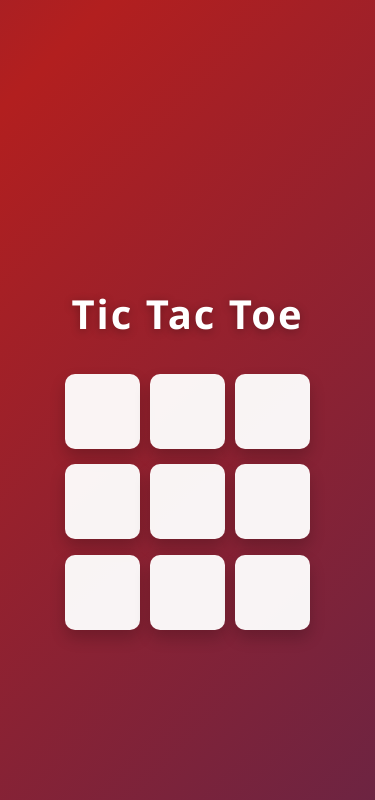
Repository: AreezAnsari/Tic-Tac-Toe
Page: Game/Game.html
These files come from the project's save history. The page is drawn as it stood at one moment and after the next save; the edit follows.
The browser window is 375 px wide. The pictures show the whole page.

Above is the page before, as saved 2025-07-22 06:56:34.
Console error: TypeError: box.addEventListener is not a function

### Game/Game.html
<!DOCTYPE html>
<html lang="en">
<head>
    <meta charset="UTF-8">
    <meta name="viewport" content="width=device-width, initial-scale=1.0">
    <title>Document</title>
    <link rel="stylesheet" href="Game.css">
</head>
<body>

    <div class="msg-container hide">
        <p class="msg">Winner</p>
        <button class="new-btn">New Game</button>
    </div>
    <main>
        <h1>Tic Tac Toe</h1>
    <div class="container">
        <div class="game">
        <button class="box"></button>
        <button class="box"></button>
        <button class="box"></button>
        <button class="box"></button>
        <button class="box"></button>
        <button class="box"></button>
        <button class="box"></button>
        <button class="box"></button>
        <button class="box"></button>
        </div>
        </div>
        <button class="reset-btn hide">Reset</button>
    </main>
    <script src="Game.js"></script>
</body>
</html>

### Game/Game.css
* {
    margin: 0;
    padding: 0;
    box-sizing: border-box;
}

body {
    text-align: center;
    background: linear-gradient(135deg, #1a2a6c, #b21f1f, #1a2a6c);
    background-size: 400% 400%;
    animation: gradientBG 15s ease infinite;
    font-family: 'Segoe UI', Tahoma, Geneva, Verdana, sans-serif;
    min-height: 100vh;
    display: flex;
    flex-direction: column;
    align-items: center;
    justify-content: center;
    color: #ffffff;
    padding: 20px;
}

@keyframes gradientBG {
    0% { background-position: 0% 50%; }
    50% { background-position: 100% 50%; }
    100% { background-position: 0% 50%; }
}

h1 {
    color: #ffffff;
    margin: 10px 0 30px;
    font-size: 3.5rem;
    text-shadow: 0 2px 10px rgba(0,0,0,0.3);
    letter-spacing: 2px;
}

.container {
    text-align: center;
    height: auto;
    display: flex;
    flex-direction: column;
    align-items: center;
    justify-content: center;
    max-width: 600px;
    width: 100%;
}

.game {
    height: 60vmin;
    width: 60vmin;
    max-width: 500px;
    max-height: 500px;
    gap: 10px;
    display: flex;
    flex-wrap: wrap;
    align-items: center;
    justify-content: center;
    margin: 0 auto 30px;
    perspective: 1000px;
}

.box {
    background: rgba(255, 255, 255, 0.95);
    height: 18vmin;
    width: 18vmin;
    font-weight: bold;
    font-size: 5rem;
    border: none;
    border-radius: 10px;
    box-shadow: 0 8px 16px rgba(0, 0, 0, 0.2);
    cursor: pointer;
    transition: all 0.3s cubic-bezier(0.175, 0.885, 0.32, 1.275);
    color: #2c3e50;
    display: flex;
    align-items: center;
    justify-content: center;
}

.box:hover {
    transform: translateY(-5px) scale(1.05);
    box-shadow: 0 12px 20px rgba(0, 0, 0, 0.3);
    background: #ffffff;
}

.box:active {
    transform: scale(0.95);
}

.box.x {
    color: #e74c3c;
}

.box.o {
    color: #3498db;
}

.reset-btn, .new-btn {
    align-items: center;
    padding: 15px 30px;
    font-size: 1.1rem;
    font-weight: 600;
    background: rgba(255, 255, 255, 0.15);
    color: white;
    border: none;
    border-radius: 50px;
    cursor: pointer;
    transition: all 0.3s ease;
    backdrop-filter: blur(5px);
    box-shadow: 0 4px 15px rgba(0, 0, 0, 0.2);
    margin: 10px;
    min-width: 150px;
}

.reset-btn:hover, .new-btn:hover {
    background: rgba(255, 255, 255, 0.25);
    transform: translateY(-3px);
    box-shadow: 0 6px 20px rgba(0, 0, 0, 0.3);
}

.reset-btn:active, .new-btn:active {
    transform: translateY(1px);
}

.reset-btn {
    background: rgba(231, 76, 60, 0.7);
}

.reset-btn:hover {
    background: rgba(231, 76, 60, 0.9);
}

.new-btn {
    background: rgba(52, 152, 219, 0.7);
}

.new-btn:hover {
    background: rgba(52, 152, 219, 0.9);
}

.msg-container {
    height: auto;
    padding: 20px;
    background: rgba(255, 255, 255, 0.1);
    border-radius: 15px;
    backdrop-filter: blur(10px);
    box-shadow: 0 8px 32px rgba(0, 0, 0, 0.2);
    transition: all 0.5s ease;
    margin: 20px 0;
}

.msg {
    padding: 10px;
    font-size: 1.8rem;
    font-weight: 600;
    color: #ffffff;
    text-shadow: 0 2px 5px rgba(0,0,0,0.3);
}

.hide {
    opacity: 0;
    transform: translateY(-20px);
    pointer-events: none;
}

/* Add this for winning animation */
.box.win {
    animation: pulse 1.5s infinite;
    background: #2ecc71;
    color: white;
}

@keyframes pulse {
    0% { transform: scale(1); }
    50% { transform: scale(1.1); }
    100% { transform: scale(1); }
}

/* Responsive adjustments */
@media (max-width: 600px) {
    h1 {
        font-size: 2.5rem;
    }

    .game {
        height: 70vmin;
        width: 70vmin;
    }

    .box {
        height: 20vmin;
        width: 20vmin;
        font-size: 4rem;
    }

    .reset-btn, .new-btn {
        padding: 12px 25px;
        font-size: 1rem;
        width: 80%;
    }
}

### Game/Game.js
let box = document.querySelectorAll(".box");
let button = document.querySelector("button");
let container = document.querySelector(".container");

let value = "X";

const btn = () => {
  if (value === "X") {
    button.innerHTML = "Y";
    Value = "Y";
  } else {
    button.innerText = "X";
    Value = "X";
  }
};

box.addEventListener("click", btn);

After the next save:
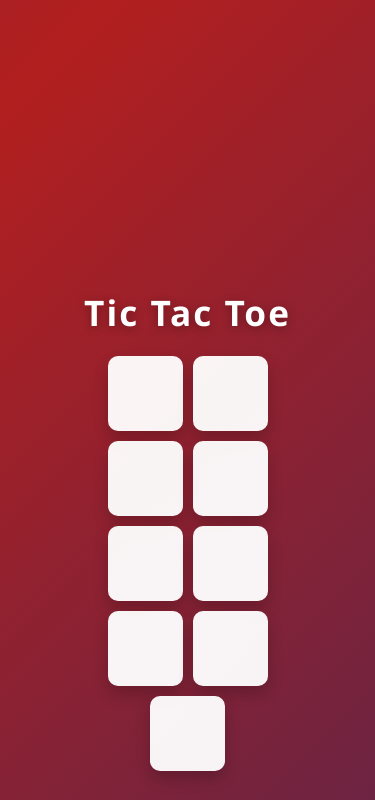
Saved 2 min 0 s later.
--- a/Game/Game.css
+++ b/Game/Game.css
@@ -16,7 +16,7 @@
     align-items: center;
     justify-content: center;
     color: #ffffff;
-    padding: 20px;
+    padding: 15px;
 }
 
 @keyframes gradientBG {
@@ -27,8 +27,8 @@
 
 h1 {
     color: #ffffff;
-    margin: 10px 0 30px;
-    font-size: 3.5rem;
+    margin: 5px 0 20px; /* Reduced top margin */
+    font-size: 3rem; /* Slightly smaller */
     text-shadow: 0 2px 10px rgba(0,0,0,0.3);
     letter-spacing: 2px;
 }
@@ -54,8 +54,7 @@
     flex-wrap: wrap;
     align-items: center;
     justify-content: center;
-    margin: 0 auto 30px;
-    perspective: 1000px;
+    margin: 0 auto 20px; /* Reduced bottom margin */
 }
 
 .box {
@@ -95,8 +94,8 @@
 
 .reset-btn, .new-btn {
     align-items: center;
-    padding: 15px 30px;
-    font-size: 1.1rem;
+    padding: 12px 25px; /* Slightly reduced padding */
+    font-size: 1rem; /* Slightly smaller */
     font-weight: 600;
     background: rgba(255, 255, 255, 0.15);
     color: white;
@@ -106,8 +105,8 @@
     transition: all 0.3s ease;
     backdrop-filter: blur(5px);
     box-shadow: 0 4px 15px rgba(0, 0, 0, 0.2);
-    margin: 10px;
-    min-width: 150px;
+    margin: 8px; /* Reduced margin */
+    min-width: 130px; /* Slightly narrower */
 }
 
 .reset-btn:hover, .new-btn:hover {
@@ -138,18 +137,18 @@
 
 .msg-container {
     height: auto;
-    padding: 20px;
+    padding: 15px; /* Reduced padding */
     background: rgba(255, 255, 255, 0.1);
     border-radius: 15px;
     backdrop-filter: blur(10px);
     box-shadow: 0 8px 32px rgba(0, 0, 0, 0.2);
     transition: all 0.5s ease;
-    margin: 20px 0;
+    margin: 15px 0; /* Reduced margin */
 }
 
 .msg {
-    padding: 10px;
-    font-size: 1.8rem;
+    padding: 5px; /* Reduced padding */
+    font-size: 1.5rem; /* Slightly smaller */
     font-weight: 600;
     color: #ffffff;
     text-shadow: 0 2px 5px rgba(0,0,0,0.3);
@@ -177,23 +176,23 @@
 /* Responsive adjustments */
 @media (max-width: 600px) {
     h1 {
-        font-size: 2.5rem;
+        font-size: 2.2rem; /* Smaller on mobile */
     }
 
     .game {
-        height: 70vmin;
-        width: 70vmin;
+        height: 65vmin;
+        width: 65vmin;
     }
 
     .box {
         height: 20vmin;
         width: 20vmin;
-        font-size: 4rem;
+        font-size: 3.5rem; /* Smaller on mobile */
     }
 
     .reset-btn, .new-btn {
-        padding: 12px 25px;
-        font-size: 1rem;
+        padding: 10px 20px; /* Smaller on mobile */
+        font-size: 0.9rem;
         width: 80%;
     }
 }

After the save that followed:
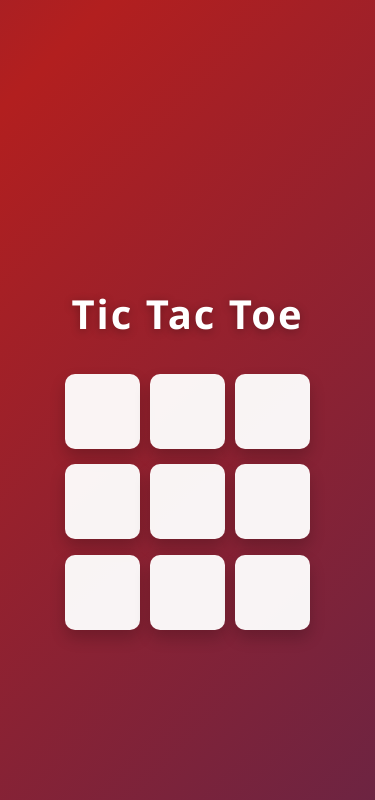
Saved 21 s later.
--- a/Game/Game.css
+++ b/Game/Game.css
@@ -16,7 +16,7 @@
     align-items: center;
     justify-content: center;
     color: #ffffff;
-    padding: 15px;
+    padding: 20px;
 }
 
 @keyframes gradientBG {
@@ -27,8 +27,8 @@
 
 h1 {
     color: #ffffff;
-    margin: 5px 0 20px; /* Reduced top margin */
-    font-size: 3rem; /* Slightly smaller */
+    margin: 10px 0 30px;
+    font-size: 3.5rem;
     text-shadow: 0 2px 10px rgba(0,0,0,0.3);
     letter-spacing: 2px;
 }
@@ -54,7 +54,8 @@
     flex-wrap: wrap;
     align-items: center;
     justify-content: center;
-    margin: 0 auto 20px; /* Reduced bottom margin */
+    margin: 0 auto 30px;
+    perspective: 1000px;
 }
 
 .box {
@@ -94,8 +95,8 @@
 
 .reset-btn, .new-btn {
     align-items: center;
-    padding: 12px 25px; /* Slightly reduced padding */
-    font-size: 1rem; /* Slightly smaller */
+    padding: 15px 30px;
+    font-size: 1.1rem;
     font-weight: 600;
     background: rgba(255, 255, 255, 0.15);
     color: white;
@@ -105,8 +106,8 @@
     transition: all 0.3s ease;
     backdrop-filter: blur(5px);
     box-shadow: 0 4px 15px rgba(0, 0, 0, 0.2);
-    margin: 8px; /* Reduced margin */
-    min-width: 130px; /* Slightly narrower */
+    margin: 10px;
+    min-width: 150px;
 }
 
 .reset-btn:hover, .new-btn:hover {
@@ -137,18 +138,18 @@
 
 .msg-container {
     height: auto;
-    padding: 15px; /* Reduced padding */
+    padding: 20px;
     background: rgba(255, 255, 255, 0.1);
     border-radius: 15px;
     backdrop-filter: blur(10px);
     box-shadow: 0 8px 32px rgba(0, 0, 0, 0.2);
     transition: all 0.5s ease;
-    margin: 15px 0; /* Reduced margin */
+    margin: 20px 0;
 }
 
 .msg {
-    padding: 5px; /* Reduced padding */
-    font-size: 1.5rem; /* Slightly smaller */
+    padding: 10px;
+    font-size: 1.8rem;
     font-weight: 600;
     color: #ffffff;
     text-shadow: 0 2px 5px rgba(0,0,0,0.3);
@@ -176,23 +177,23 @@
 /* Responsive adjustments */
 @media (max-width: 600px) {
     h1 {
-        font-size: 2.2rem; /* Smaller on mobile */
+        font-size: 2.5rem;
     }
 
     .game {
-        height: 65vmin;
-        width: 65vmin;
+        height: 70vmin;
+        width: 70vmin;
     }
 
     .box {
         height: 20vmin;
         width: 20vmin;
-        font-size: 3.5rem; /* Smaller on mobile */
+        font-size: 4rem;
     }
 
     .reset-btn, .new-btn {
-        padding: 10px 20px; /* Smaller on mobile */
-        font-size: 0.9rem;
+        padding: 12px 25px;
+        font-size: 1rem;
         width: 80%;
     }
 }
